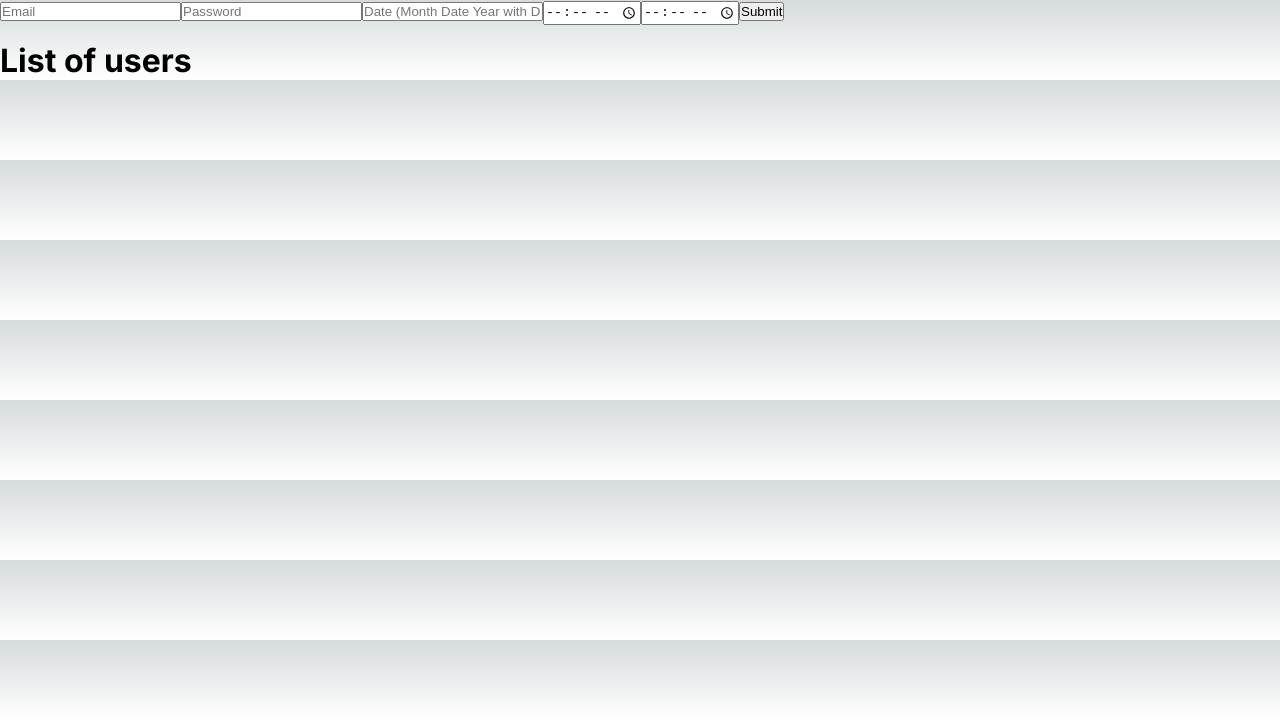
Repository: EeeeeEyyyy/daily_time_record
Page: /
An editor plug-in stored every save of this project. The page is shown before and after the next save, followed by the edit.
The browser window is 1280 px wide. The pictures show the whole page.
The project was rebuilt for these pictures with package versions that can differ from the ones it lists, and the page was loaded fresh each time. The framework's server and built-in components were replaced by stand-ins that run in the browser. Also part of the build but not shown: next.config.mjs.

Above is the page before, as saved 2024-06-27 13:30:58.

After the next save:
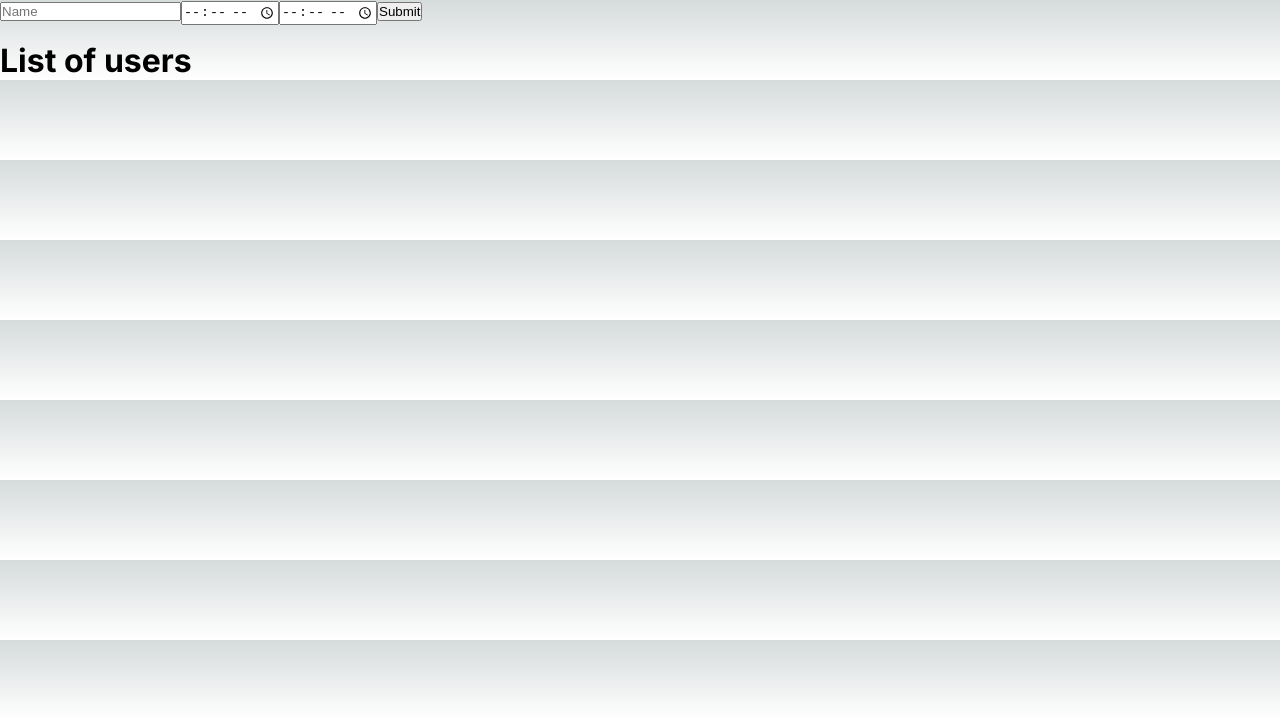
Saved 4 min 21 s later.
--- a/src/app/page.js
+++ b/src/app/page.js
@@ -4,22 +4,29 @@ import React, { useEffect, useState } from 'react';
 
 const Page = () => {
   const [data, setData] = useState([]);
-  const [email, setEmail] = useState('');
-  const [password, setPassword] = useState('');
-  const [date, setDate] = useState('');
+  const [name, setName] = useState('');
   const [arrivalTime, setArrivalTime] = useState('');
   const [timeOut, setTimeOut] = useState('');
+  const [date, setDate] = useState('');
 
-  const handleChangeEmail = (value) => {
-    setEmail(value);
+  useEffect(() => {
+    const storedData = JSON.parse(localStorage.getItem('user')) || [];
+    setData(storedData);
+    setDate(getCurrentDate());
+  }, []);
+
+  const getCurrentDate = () => {
+    const now = new Date();
+    return now.toLocaleDateString('en-US', {
+      weekday: 'long',
+      year: 'numeric',
+      month: 'long',
+      day: 'numeric'
+    });
   };
 
-  const handleChangePassword = (value) => {
-    setPassword(value);
-  };
-
-  const handleChangeDate = (value) => {
-    setDate(value);
+  const handleChangeName = (value) => {
+    setName(value);
   };
 
   const handleChangeArrivalTime = (value) => {
@@ -31,41 +38,28 @@ const Page = () => {
   };
 
   const handleSubmit = () => {
-    if (email && password && date && arrivalTime && timeOut) {
+    if (name && arrivalTime && timeOut) {
       const payload = {
-        email,
-        password,
+        name,
         date,
         arrivalTime,
         timeOut
       };
 
-      setData((prev) => [...prev, payload]);
+      const updatedData = [...data, payload];
+      setData(updatedData);
+      localStorage.setItem('user', JSON.stringify(updatedData));
     } else {
       console.log("Please fill in all fields");
     }
   };
 
-  useEffect(() => {
-    localStorage.setItem('user', JSON.stringify(data));
-  }, [data]);
-
   return (
     <div>
       <input
         type="text"
-        placeholder="Email"
-        onChange={(e) => handleChangeEmail(e.target.value)}
-      />
-      <input
-        type="password"
-        placeholder="Password"
-        onChange={(e) => handleChangePassword(e.target.value)}
-      />
-      <input
-        type="text"
-        placeholder="Date (Month Date Year with Day)"
-        onChange={(e) => handleChangeDate(e.target.value)}
+        placeholder="Name"
+        onChange={(e) => handleChangeName(e.target.value)}
       />
       <input
         type="time"
@@ -83,8 +77,7 @@ const Page = () => {
         <h1>List of users</h1>
         {data.map((item, index) => (
           <pre style={{ color: 'black', marginBottom: '1rem' }} key={index}>
-            Email: {item.email}<br />
-            Password: {item.password}<br />
+            Name: {item.name}<br />
             Date: {item.date}<br />
             Time of Arrival: {item.arrivalTime}<br />
             Time Out: {item.timeOut}
